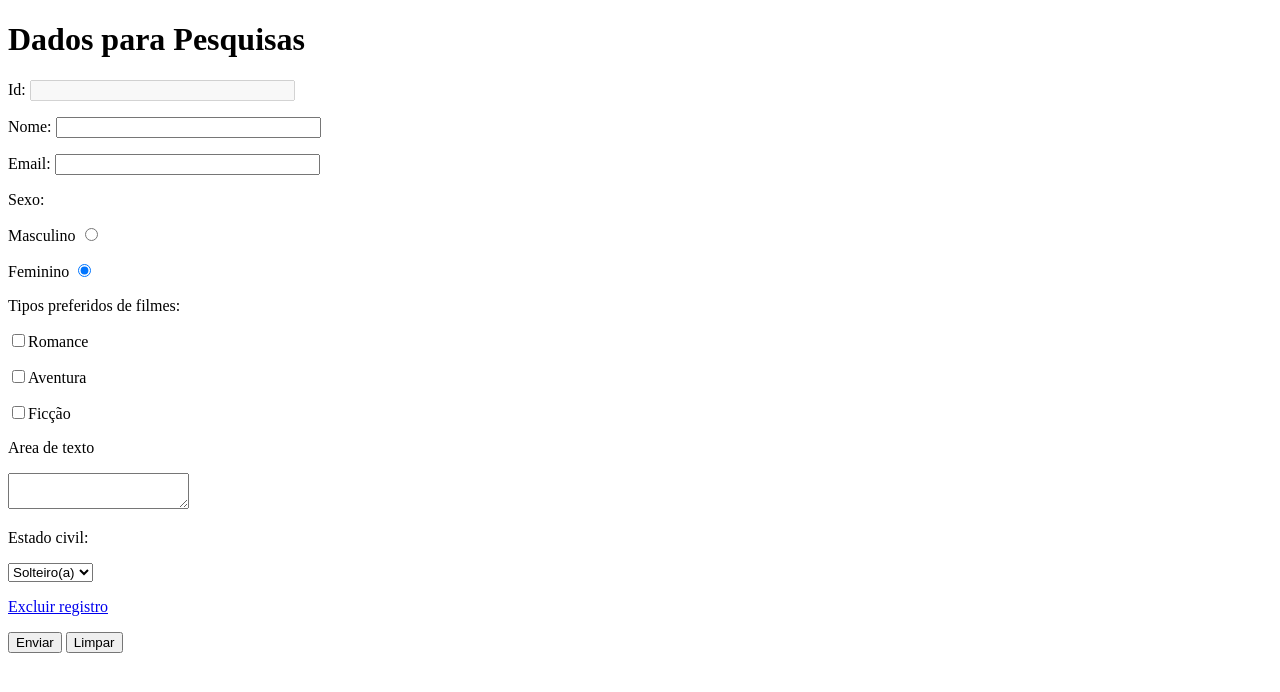
Repository: Marcelinalima/Java_JSP
Page: http://localhost/projeto_pesquisa/BuscaPesquisaServlet
These files come from the project's save history. The page is drawn as it stood at one moment and after the next save; the edit follows.
The browser window is 1280 px wide. The pictures show the whole page.
The page is served by Tomcat 9. Other server files are loaded and not shown.

Above is the page before, as saved 2023-04-20 15:10:09.

### projeto_pesquisa/src/main/webapp/atualizarPesquisa.jsp
<%@page import="java.util.Objects"%>
<%@page import="entidades.Pesquisa"%>
<%@ page language="java" contentType="text/html; charset=UTF-8"
    pageEncoding="UTF-8"%>
<%@ taglib uri="http://java.sun.com/jsp/jstl/core" prefix="c" %>
<!DOCTYPE html>
<html>
<head>
<meta charset="UTF-8">
<title>Dados de Pesquisa</title>
</head>
<body>

	<h1>Dados para Pesquisas</h1>
	<form action="/projeto_pesquisa/PesquisaAtualizarServlet" method="post">

		<input type="hidden" name="p_id" value="${pesquisa.id}"/>
		<p>Id: <input type="text" name="p_id" size="30" disabled value="${pesquisa.id}"/></p>
		<p>Nome: <input type="text" name="p_nome" size="30" value="${pesquisa.nome}"/></p>
		<p>Email:  <input type="email" name="p_email" size="30" value="${pesquisa.email}"/></p>

		<p>Sexo:</p>
		<p>Masculino  <input type="radio" name="p_sexo" value="masculino" checked=${pesquisa.sexo eq "masculino"}/></p>
		<p>Feminino  <input type="radio" name="p_sexo" value="feminino" checked= ${pesquisa.sexo eq "feminino"} /></p>

		<p>Tipos preferidos de filmes:</p>
		<p><input type="checkbox" name="p_ck1" value="romance"${pesquisa.check1 != null ? "checked":""}/>Romance</p>
		<p><input type="checkbox" name="p_ck2" value="aventura" ${pesquisa.Check2  != null ? "checked":""}/>Aventura</p>
		<p><input type="checkbox" name="p_ck3" value="Ficção"${pesquisa.Check3  != null ?  "checked":""}/>Ficção</p>


	  <p>Area de texto</p>
	  <p><textarea></textarea></p>


		<p>Estado civil:</p>
		<select name="p_estadoCivil">
			<option value="solteiro(a)"${pesquisa.estadoCivil eq "Solteiro(a)"? "selected" : ""}>Solteiro(a)</option>
			<option value="casado(a)" ${pesquisa.estadoCivil eq "casado(a)"? "selected" : ""}>Casado(a)</option>
			<option value="Viuvo(a)" ${pesquisa.estadoCivil eq "viuvo(a)"? "selected" : ""}>Viuvo(a)</option>
		</select>

		<p>
			<a href="/projeto_pesquisa/ExcluirPesquisaServlet?p_id=${pesquisa.id}" >Excluir registro</a>
		</p>

		<p>
			<input type="submit" value="Enviar" />
			<input type="reset" value="Limpar" />
		</p>

	</form>

</body>
</html>

### projeto_pesquisa/src/main/java/servlets/BuscaPesquisaServlet.java
package servlets;

import java.io.IOException;

import javax.servlet.RequestDispatcher;
import javax.servlet.ServletException;
import javax.servlet.annotation.WebServlet;
import javax.servlet.http.HttpServlet;
import javax.servlet.http.HttpServletRequest;
import javax.servlet.http.HttpServletResponse;

import entidades.Pesquisa;
import servicos.ServicoDoBancoDeDados;


@WebServlet("/BuscaPesquisaServlet")
  public class BuscaPesquisaServlet extends HttpServlet {
	private static final long serialVersionUID = 1L;

	ServicoDoBancoDeDados servicoBD = new ServicoDoBancoDeDados();

    public BuscaPesquisaServlet() {
        super();

    }

    @Override
    protected void doGet(HttpServletRequest req, HttpServletResponse resp) throws ServletException, IOException {
    	doPost(req, resp);
    }

	protected void doPost(HttpServletRequest request, HttpServletResponse response) throws ServletException, IOException {
		Pesquisa pesquisa = new Pesquisa();
		pesquisa.setEmail(request.getParameter("p_email"));

		pesquisa = servicoBD.procurarPeloEmail(pesquisa.getEmail());

		RequestDispatcher rd = request.getRequestDispatcher("/atualizarPesquisa.jsp");
		request.setAttribute("pesquisa", pesquisa);
		rd.forward(request, response);
	}

}

### projeto_pesquisa/src/main/java/entidades/Banco.java
package entidades;

import java.util.ArrayList;
import java.util.Comparator;
import java.util.List;
import java.util.stream.Collectors;

public class Banco {

private static List<Pesquisa> pesquisas = new ArrayList<>();

	static {
		Pesquisa p1 = new Pesquisa();
		p1.setId(1);
		p1.setNome("José das Couves");
		p1.setEmail("ze@dascouves.com");
		p1.setSexo("masculino");
		p1.setCheck1(null);
		p1.setCheck2("Aventura");
		p1.setCheck3(null);
		p1.setEstadoCivil("casado(a)");

		Pesquisa p2 = new Pesquisa();
		p2.setId(2);
		p2.setNome("Marta Wayne");
		p2.setEmail("marta@wayneenterprises.com");
		p2.setSexo("feminino");
		p2.setCheck1("Romance");
		p2.setCheck2("Aventura");
		p2.setCheck3(null);
		p2.setEstadoCivil("casado(a)");

		pesquisas.add(p1);
		pesquisas.add(p2);
	}

	  public Pesquisa salvar(Pesquisa novaPesquisa) {
		pesquisas.add(novaPesquisa);
		return novaPesquisa;
	}
	  public Pesquisa atualizar(Pesquisa pesquisaAtualizada) {
			Pesquisa pesquisa = procurarPeloId(pesquisaAtualizada.getId());
			if(pesquisas.contains(pesquisa)) {
				pesquisas.remove(pesquisa);
				pesquisas.add(pesquisaAtualizada);
			}
			return pesquisaAtualizada;
	}


	public List<Pesquisa> getPesquisas(){
		List<Pesquisa> listaPesquisas = Banco.pesquisas.stream().sorted(Comparator.comparing(Pesquisa::getId)).collect(Collectors.toList());
		Banco.pesquisas = listaPesquisas;
		return Banco.pesquisas;
	}

	public Pesquisa procurarPeloId(int id) {
		try {
			Pesquisa pesquisa = getPesquisas()
					.stream()
					.filter( p -> p.getId() == id)
					.collect(Collectors.toList())
					.get(0);

			return pesquisa;
		}
		catch(IndexOutOfBoundsException e) {
			return null;
		}

	}

	public Pesquisa procurarPeloEmail(String email) {
		try {
			Pesquisa pesquisa = this.getPesquisas()
					.stream()
					.filter( p -> p.getEmail().equals(email))
					.collect(Collectors.toList())
					.get(0);
			return pesquisa;
		}
		catch(IndexOutOfBoundsException e) {
			return null;
		}
	}

	public void deletar(int id) {
		List<Pesquisa> novaListaPesquisas = Banco.pesquisas.stream().filter(p -> id != p.getId()).collect(Collectors.toList());
		Banco.pesquisas = novaListaPesquisas;
	}


}

### projeto_pesquisa/src/main/java/entidades/Pesquisa.java
package entidades;

public class Pesquisa {


	private int id;
	private String nome;
	private String email;
	private String sexo;
	private String check1;
	private String check2;
	private String check3;
	private String estadoCivil;


	public Pesquisa() {}

	public Pesquisa(int id, String nome, String email, String sexo, String check1, String check2, String check3,
			String estadoCivil) {

		this.id = id;
		this.nome = nome;
		this.email = email;
		this.sexo = sexo;
		this.check1 = check1;
		this.check2 = check2;
		this.check3 = check3;
		this.estadoCivil = estadoCivil;
	}

	public int getId() {
		return id;
	}

	public void setId(int id) {
		this.id = id;
	}

	public String getNome() {
		return nome;
	}

	public void setNome(String nome) {
		this.nome = nome;
	}

	public String getEmail() {
		return email;
	}

	public void setEmail(String email) {
		this.email = email;
	}

	public String getSexo() {
		return sexo;
	}

	public void setSexo(String sexo) {
		this.sexo = sexo;
	}

	public String getCheck1() {
		return check1;
	}

	public void setCheck1(String check1) {
		this.check1 = check1;
	}

	public String getCheck2() {
		return check2;
	}

	public void setCheck2(String check2) {
		this.check2 = check2;
	}

	public String getCheck3() {
		return check3;
	}

	public void setCheck3(String check3) {
		this.check3 = check3;
	}

	public String getEstadoCivil() {
		return estadoCivil;
	}

	public void setEstadoCivil(String estadoCivil) {
		this.estadoCivil = estadoCivil;
	}

	@Override
	public String toString() {
		return "Pesquisa [id=" + id + ", nome=" + nome + ", email=" + email + ", sexo=" + sexo + ", check1=" + check1
				+ ", check2=" + check2 + ", check3=" + check3 + ", estadoCivil=" + estadoCivil + "]";
	}



}

After the next save:
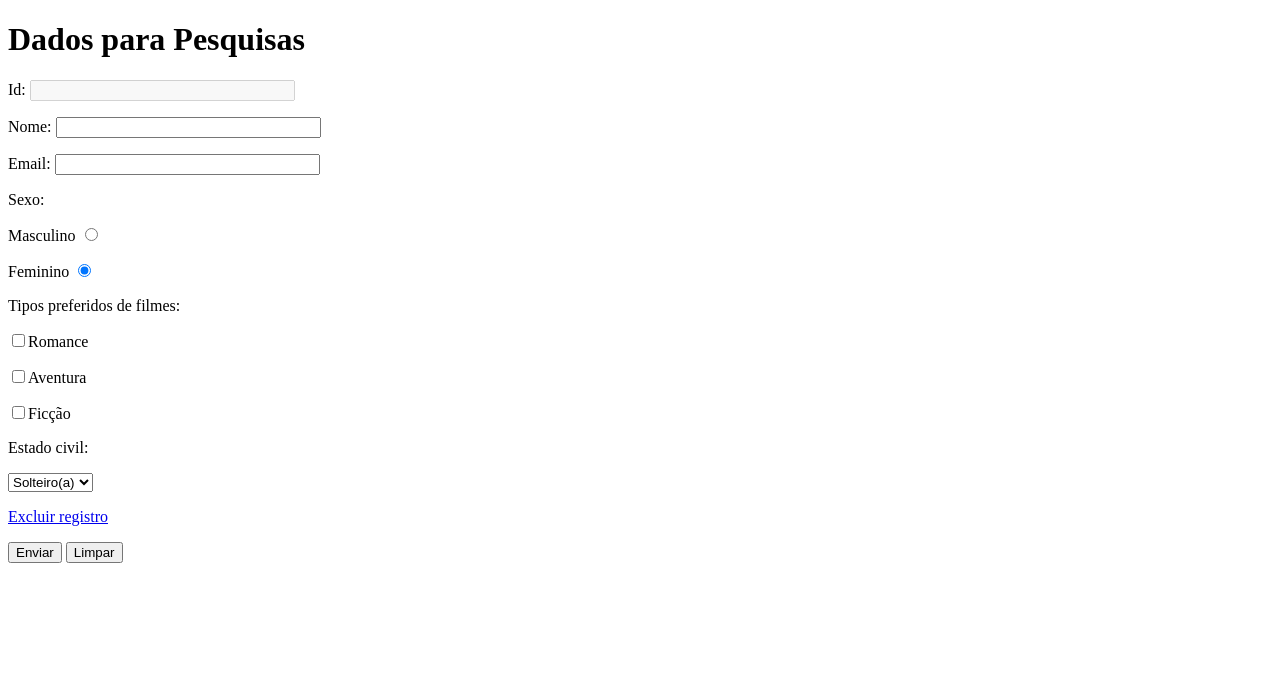
Saved 94 s later.
--- a/projeto_pesquisa/src/main/webapp/atualizarPesquisa.jsp
+++ b/projeto_pesquisa/src/main/webapp/atualizarPesquisa.jsp
@@ -29,9 +29,6 @@
 		<p><input type="checkbox" name="p_ck3" value="Ficção"${pesquisa.Check3  != null ?  "checked":""}/>Ficção</p>
 
 
-	  <p>Area de texto</p>
-	  <p><textarea></textarea></p>
-
 
 		<p>Estado civil:</p>
 		<select name="p_estadoCivil">
